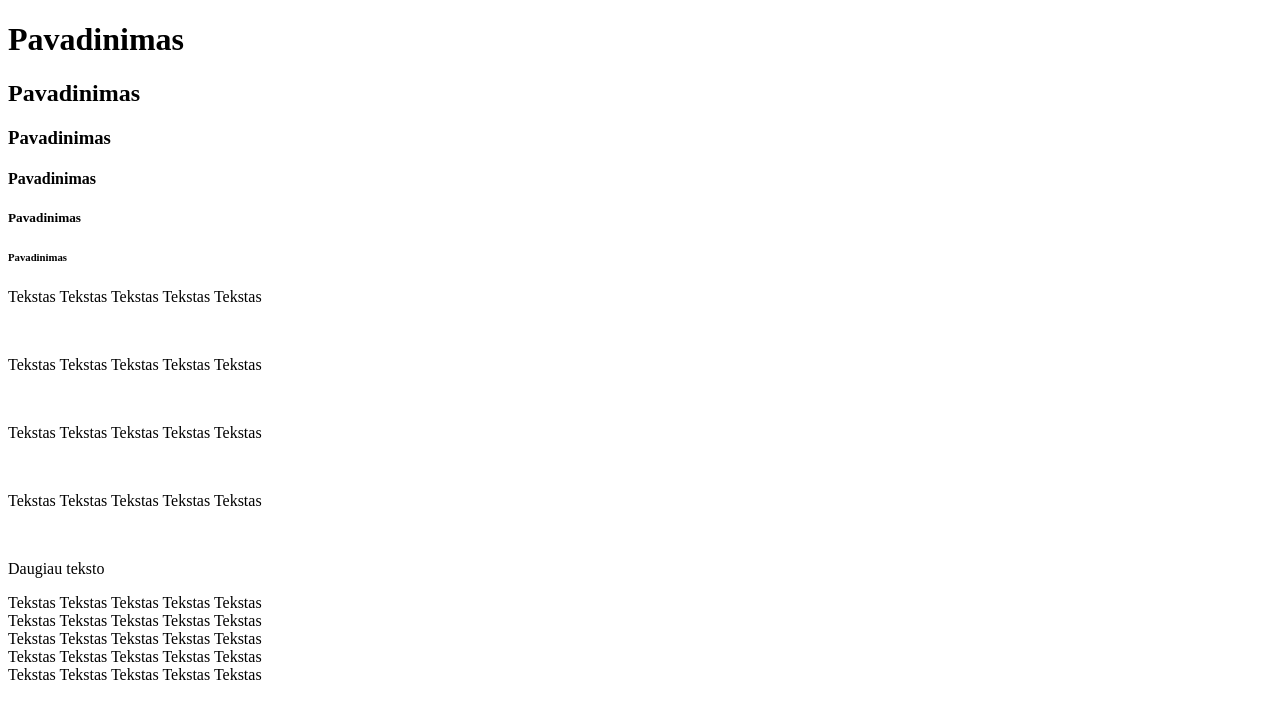
Repository: motiejus1/01-paskait
Page: pirmas.html
An editor plug-in stored every save of this project. The page is shown before and after the next save, followed by the edit.
The browser window is 1280 px wide. The pictures show the whole page.

Above is the page before, as saved 2021-05-31 20:27:35.

### pirmas.html
<!DOCTYPE html>

<html lang="en">
    <head>
        <meta charset="UTF-8">
        <meta http-equiv="X-UA-Compatible" content="IE=edge">
        <meta name="viewport" content="width=device-width, initial-scale=1.0">
        <title>Pirma paskaita</title>
    </head>

    <body>

        <h1>Pavadinimas</h1>
        <h2>Pavadinimas</h2>
        <h3>Pavadinimas</h3>
        <h4>Pavadinimas</h4>
        <h5>Pavadinimas</h5>
        <h6>Pavadinimas</h6>

        <p>Tekstas Tekstas Tekstas Tekstas Tekstas</p><br>
        <p>Tekstas Tekstas Tekstas Tekstas Tekstas</p><br>
        <p>Tekstas Tekstas Tekstas Tekstas Tekstas</p><br>
        <p>Tekstas Tekstas Tekstas Tekstas Tekstas</p><br>

        <p>Daugiau teksto</p>


        Tekstas Tekstas Tekstas Tekstas Tekstas<br>
        Tekstas Tekstas Tekstas Tekstas Tekstas<br>
        Tekstas Tekstas Tekstas Tekstas Tekstas<br>
        Tekstas Tekstas Tekstas Tekstas Tekstas<br>

        Tekstas Tekstas Tekstas Tekstas Tekstas<br>
    </body>

</html>

After the next save:
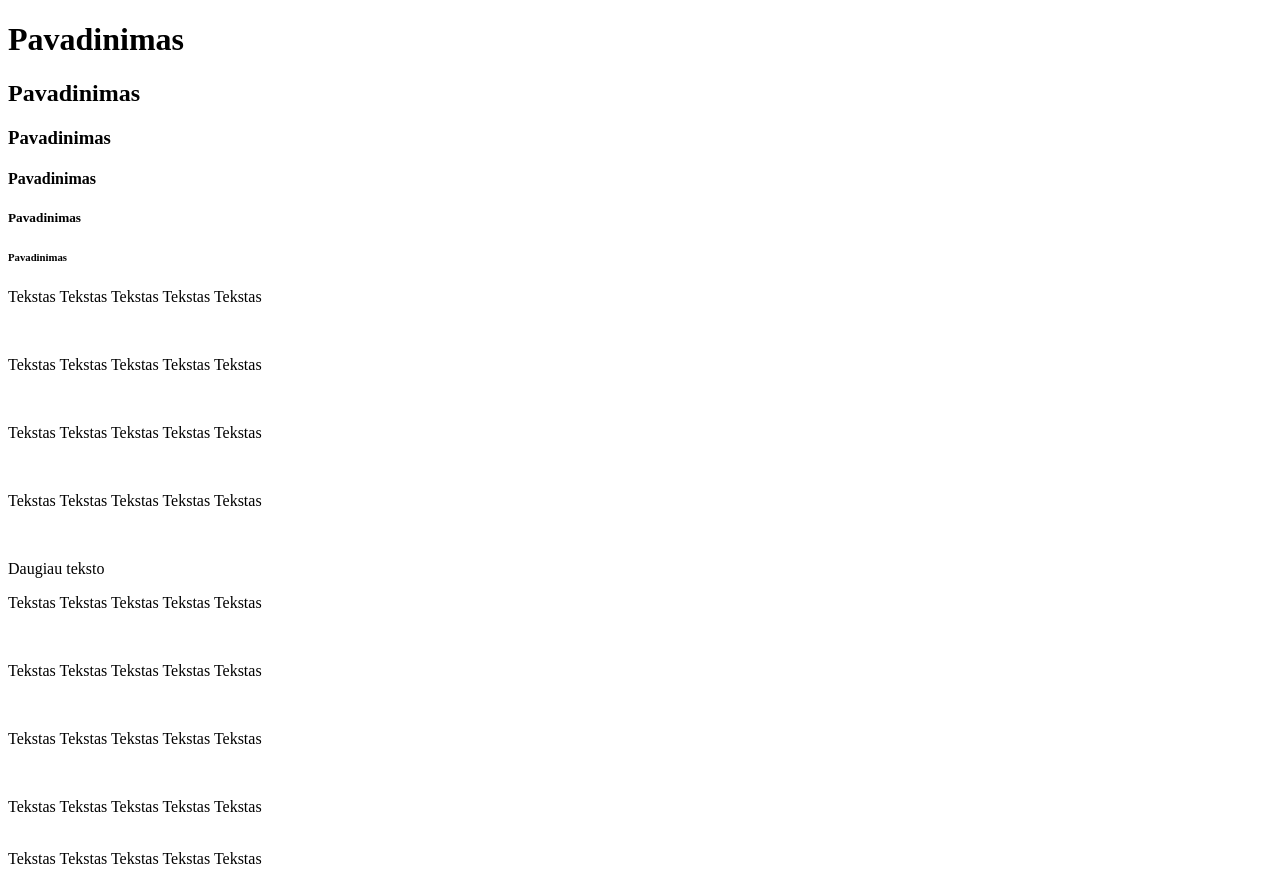
Saved 8 s later.
--- a/pirmas.html
+++ b/pirmas.html
@@ -25,10 +25,10 @@
         <p>Daugiau teksto</p>
 
 
-        Tekstas Tekstas Tekstas Tekstas Tekstas<br>
-        Tekstas Tekstas Tekstas Tekstas Tekstas<br>
-        Tekstas Tekstas Tekstas Tekstas Tekstas<br>
-        Tekstas Tekstas Tekstas Tekstas Tekstas<br>
+        <p>Tekstas Tekstas Tekstas Tekstas Tekstas</p><br>
+        <p>Tekstas Tekstas Tekstas Tekstas Tekstas</p><br>
+        <p>Tekstas Tekstas Tekstas Tekstas Tekstas</p><br>
+        <p>Tekstas Tekstas Tekstas Tekstas Tekstas</p><br>
 
         Tekstas Tekstas Tekstas Tekstas Tekstas<br>
     </body>
